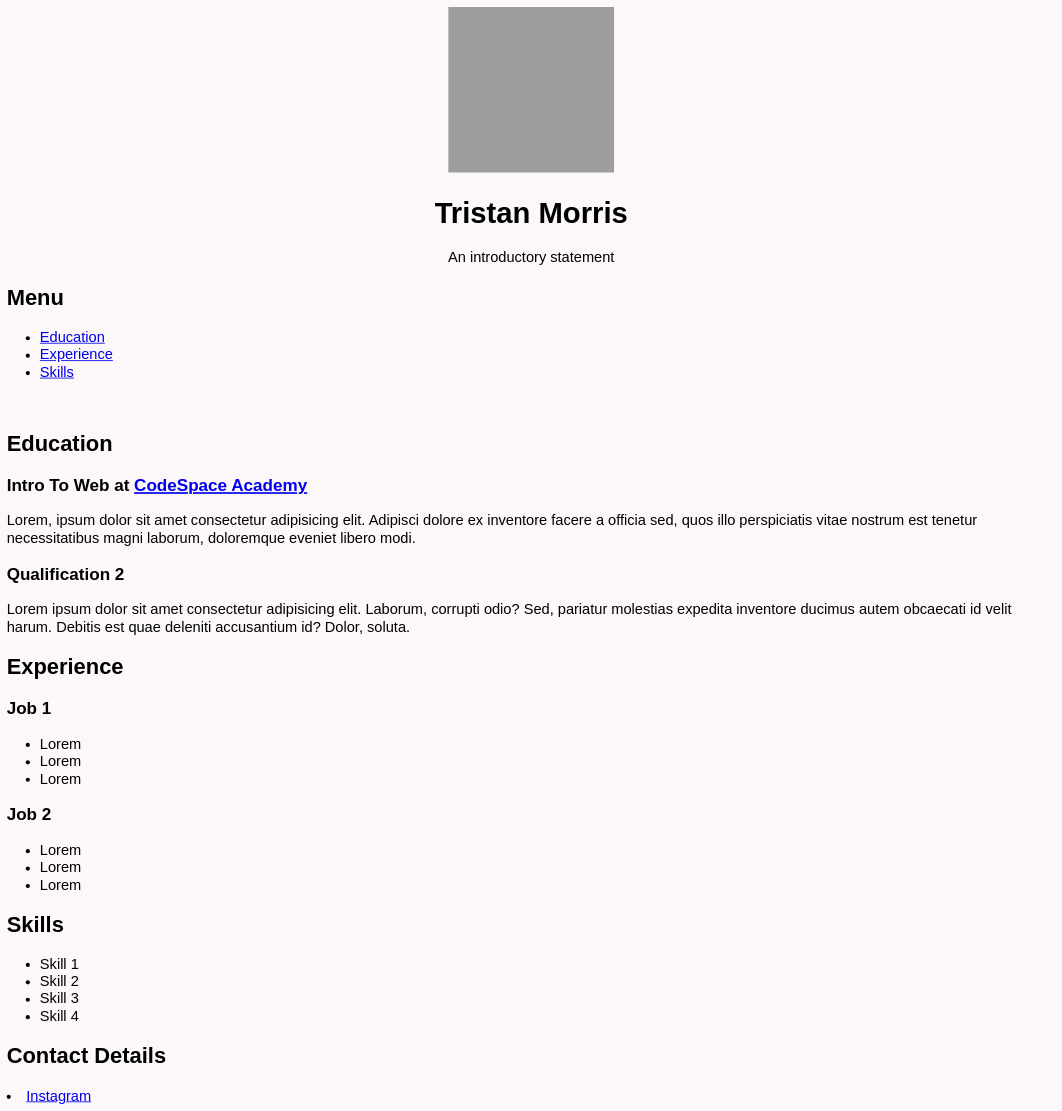
Repository: TristanKMorris/introToWebDesignAssignment
Page: resume1.html
The author's editor kept a copy of each file at every save. The page is drawn from the files as they stood at one save, then again after the next save.
The browser window is 1280 px wide. The pictures show the whole page, at 83% of full size.
Pictures or frames that could not be fetched are drawn as grey boxes.

Above is the page before, as saved 2022-05-31 13:29:19.

### resume1.html

<!DOCTYPE html>
<html
  <head>
    <title>My first web page</title>

    <link rel="stylesheet" type="text/css" href="css/stylesheet.css">
  </head>
  <body>

    <header>
        <img src="images/Tristan Portrait.png" alt="Tristan Morris Portrait" width="200" height="200"/>
        <h1>Tristan Morris</h1>
        <p>An introductory statement</p>
    </header>

   <h2>Menu</h2>

    <ul>
      <li><a href="#education">Education</a></li>
      <li><a href="#experience">Experience</a></li>
      <li><a href="#skills">Skills</a></li>
</ul>

    <br/>

    <h2 id="education">Education</h2>
    <h3>
      Intro To Web at <a href="http://codespace.co.za/">CodeSpace Academy</a>
    </h3>
    <p>
      Lorem, ipsum dolor sit amet consectetur adipisicing elit. Adipisci dolore
      ex inventore facere a officia sed, quos illo perspiciatis vitae nostrum
      est tenetur necessitatibus magni laborum, doloremque eveniet libero modi.
    </p>
    <h3>Qualification 2</h3>
    <p>
      Lorem ipsum dolor sit amet consectetur adipisicing elit. Laborum, corrupti
      odio? Sed, pariatur molestias expedita inventore ducimus autem obcaecati
      id velit harum. Debitis est quae deleniti accusantium id? Dolor, soluta.
    </p>
    <h2 id="experience">Experience</h2>
    <h3>Job 1</h3>
    <ul>
      <li>Lorem</li>
      <li>Lorem</li>
      <li>Lorem</li>
    </ul>
    <h3>Job 2</h3>
    <ul>
      <li>Lorem</li>
      <li>Lorem</li>
      <li>Lorem</li>
    </ul>
    <h2 id="skills">Skills</h2>
    <ul>
      <li>Skill 1</li>
      <li>Skill 2</li>
      <li>Skill 3</li>
      <li>Skill 4</li>
    </ul>
    <h2>Contact Details</h2>
    <li><a href="http://www.instagram.com/tristan_k_morris">Instagram</a></li>
  </body>
</html>

### css/stylesheet.css
body{
  font-family: sans-serif;
  font-size:110%;
  background-color: #FCF7F8;
}

header {
  text-align: center;
}

footer {
  background-color: #343330;
  text-align: center;
}

After the next save:
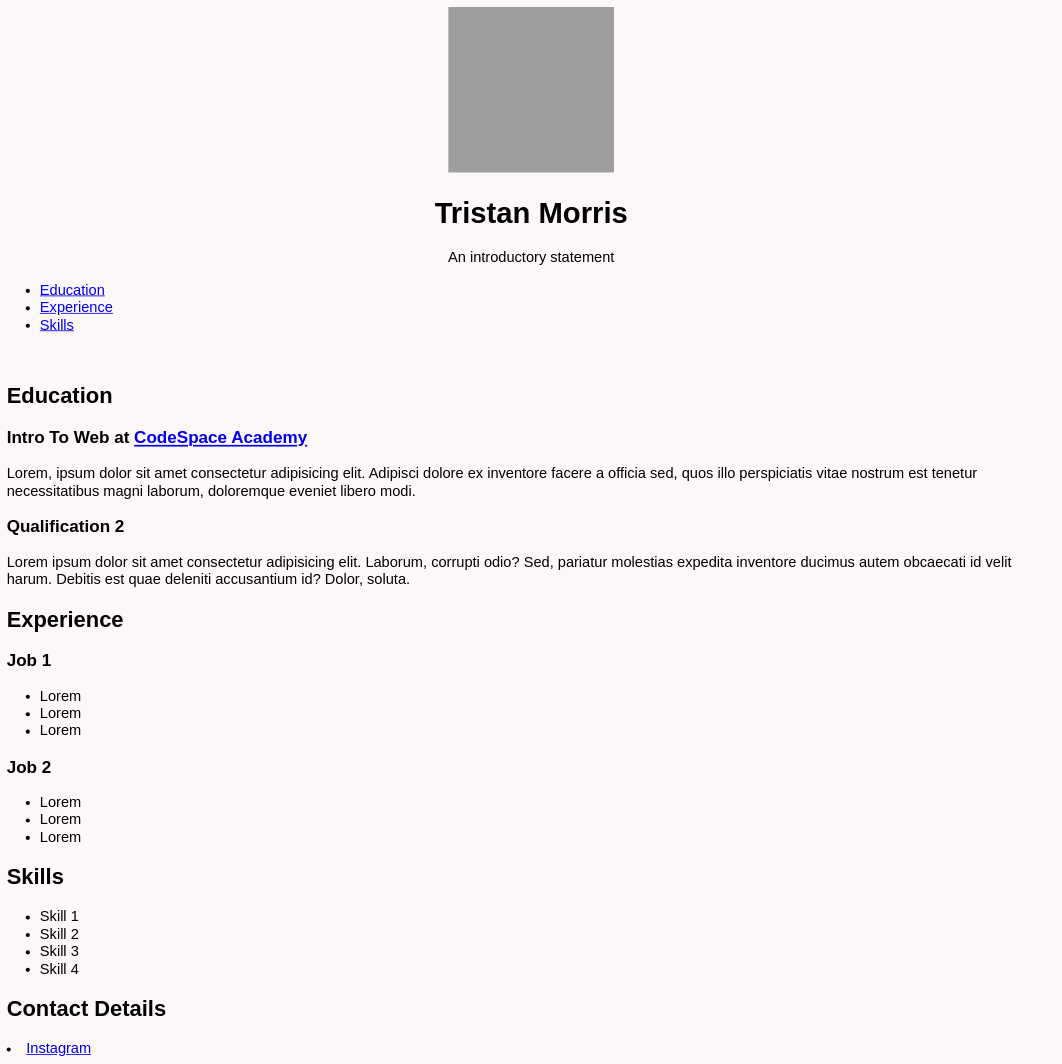
Saved 4 min 49 s later.
--- a/resume1.html
+++ b/resume1.html
@@ -12,15 +12,19 @@
         <img src="images/Tristan Portrait.png" alt="Tristan Morris Portrait" width="200" height="200"/>
         <h1>Tristan Morris</h1>
         <p>An introductory statement</p>
+
     </header>
 
-   <h2>Menu</h2>
-
+<div>
+  <nav>
     <ul>
       <li><a href="#education">Education</a></li>
       <li><a href="#experience">Experience</a></li>
       <li><a href="#skills">Skills</a></li>
-</ul>
+    </ul>
+  </nav>
+</div>
+
 
     <br/>
 

After the save that followed:
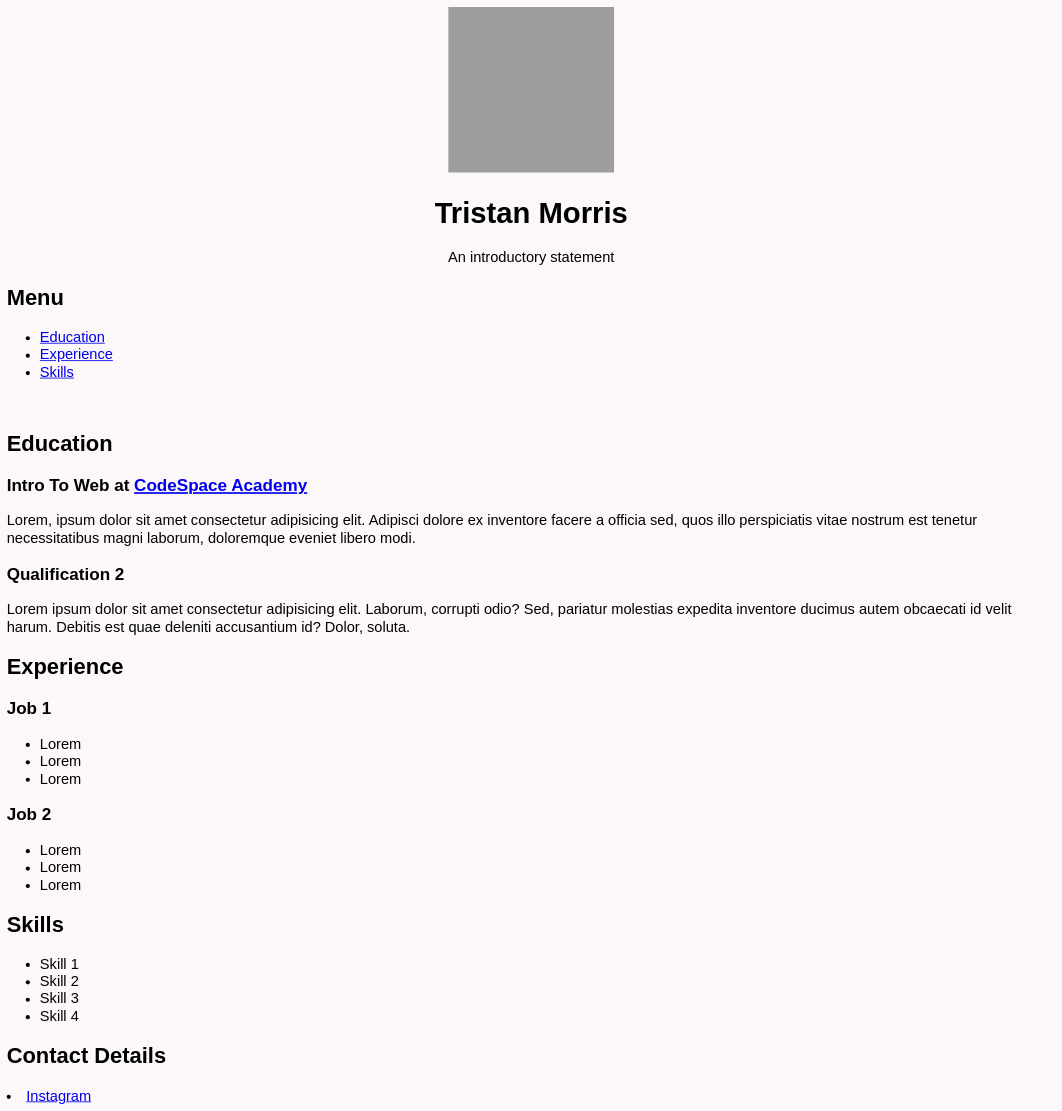
Saved 42 s later.
--- a/resume1.html
+++ b/resume1.html
@@ -17,6 +17,8 @@
 
 <div>
   <nav>
+
+    <h2>Menu</h2>
     <ul>
       <li><a href="#education">Education</a></li>
       <li><a href="#experience">Experience</a></li>
